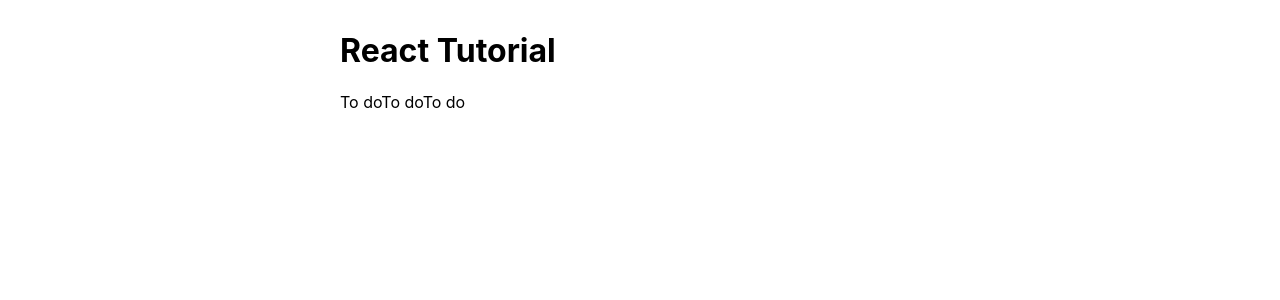
Repository: GregorPiev/rorganizer
Page: /
An editor plug-in stored every save of this project. The page is shown before and after the next save, followed by the edit.
The browser window is 1280 px wide. The pictures show the whole page.
The project was rebuilt for these pictures with package versions that can differ from the ones it lists, and the page was loaded fresh each time.

Above is the page before, as saved 2020-08-17 12:36:01.

After the next save:
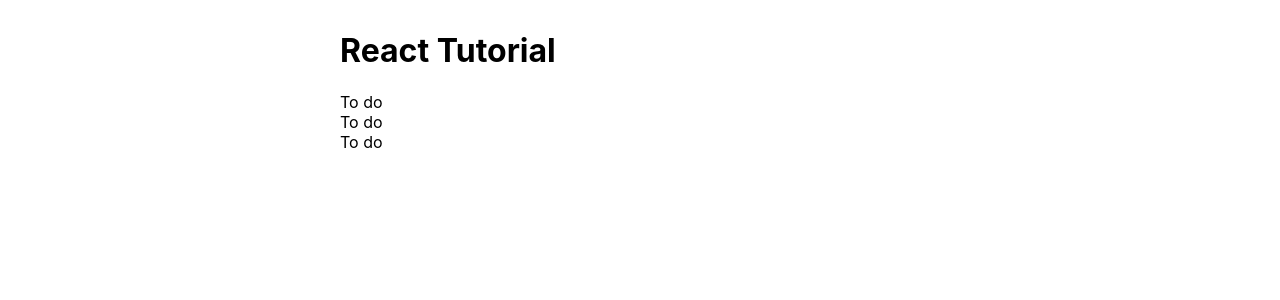
Saved 29 s later.
--- a/src/Todo/TodoItem/TodoItem.js
+++ b/src/Todo/TodoItem/TodoItem.js
@@ -3,6 +3,6 @@ import React from 'react';
 export default function TodoItem() {
 
     return (
-        <l>To do</l>
+        <li>To do</li>
     )
 }
